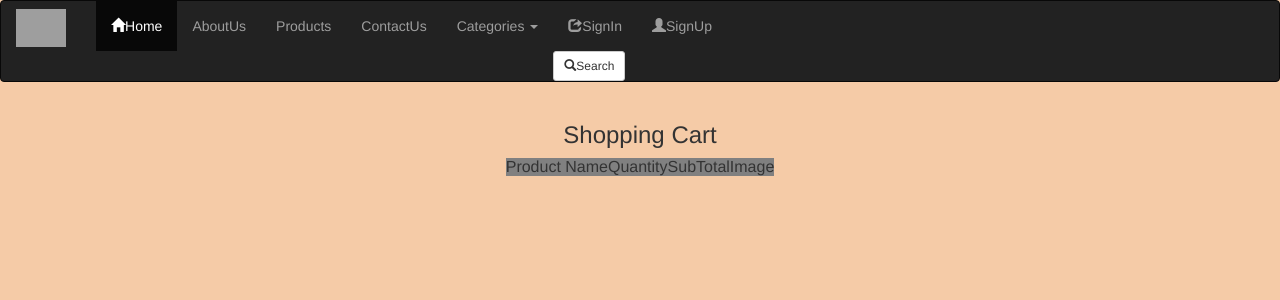
Repository: ananthi024/eCommerce-Project
Page: http://localhost/ClassyMissyFrontend/WEB-INF/views/OrderConfirm.jsp
The author's editor kept a copy of each file at every save. The page is drawn from the files as they stood at one save, then again after the next save.
The browser window is 1280 px wide. The pictures show the whole page.
Pictures or frames that could not be fetched are drawn as grey boxes. Some web libraries are served in a nearby version. The page is served by Tomcat 9. Nobody is signed in. Other server files are loaded and not shown. The template is opened directly, without the code that normally fills it, so the values that code supplies are empty.

Above is the page before, as saved 2017-07-09 10:37:24.
Console error (its wording comes from the project's code and is left out).

### 11th July/MyProject/ClassyMissyFrontend/src/main/webapp/WEB-INF/views/OrderConfirm.jsp
<%@ page language="java" contentType="text/html"%>
 <%@ taglib uri="http://java.sun.com/jsp/jstl/core" prefix="c" %>
<%@include file="Header.jsp" %>
<table cellspacing="3" align="center" >
<tr>
<td colspan="5"><center><h3>Shopping Cart</h3></center></td>
</tr>
<tr bgcolor="gray">
<td>Product Name</td>
<td>Quantity</td>
<td>SubTotal</td>
<td>Image</td>
</tr>

<c:forEach items="${cartitems }" var="cartitem">
<tr>
<td>${cartitem.prodname }</td>
<td>${cartitem.quantity }</td>
<td><input type="text" value="${cartitem.quantity }" name="quantity" required/></td>
<td>${cartitem.price * cartitem.quantity }</td>
<td><img src="<c:url value='/resources/images/${cartitem.prodid }.jsp'/>" width="100" height="100">
</tr>
<tr>
<td colspan="3">Grant Total</td>
<td>${grandtotal }</td>

</tr>
</table>
</c:forEach>

</body>
</html>

### 11th July/MyProject/ClassyMissyFrontend/src/main/webapp/WEB-INF/views/Header.jsp
<%@ page language="java" contentType="text/html"%>
<%@ taglib uri="http://java.sun.com/jsp/jstl/core" prefix="c" %>
<html>
<head>
<title>Navbar Example</title>

<meta name="viewport" content="width=device-width,initial-scale=1">
<link rel="stylesheet" href="https://maxcdn.bootstrapcdn.com/bootstrap/3.3.7/css/bootstrap.min.css">
<script src="https://maxcdn.bootstrapcdn.com/bootstrap/3.3.7/js/bootstrap.min.js"></script>
<script src="https://ajax.googleapis.com/ajax/libs/jquery/3.1.1/jquery.min.js"></script>

</head>
<body style="background-color:#f5cba7">
<form action="gh">
<!-- Starting The Navbar Code -->
<nav class="navbar navbar-inverse">
<div class="container-fluid">

<div class="navbar-header">
<a class="navbar-brand" rel="home" href="#" title="The Exprssion of Pearl">
                <img style="max-width:50px; margin-top: -7px;"
                     src="cma2.jpg">
            </a>
<a class="navbar-brand" href="Home.jsp"></a>
</div>
<div>
<c:if test="${sessionScope.loggedIn }">

<ul class="nav navbar-nav">
<li class="active"><a href="AdminHome"><span class="glyphicon glyphicon-home"></span>Home</a></li>
<li><a href="Category">Manage Category</a></li>
<li><a href="displayProduct">Manage Products</a>
<li><a href="Supplier">Manage Supplier</a></li>


 <div class="nav navbar-nav navbar-right">
  <a href="#">${sessionScope.uname}</a>


 </ul>
 </div>
 </c:if>
  </div>

<c:if test="${!sessionScope.loggedIn }">

<ul class="nav navbar-nav">
<li class="active"><a href="index.jsp"><span class="glyphicon glyphicon-home"></span>Home</a></li>
<li><a href="AboutUs">AboutUs</a></li>
<li><a href="displayProduct">Products</a>
<li><a href="ContactUs">ContactUs</a></li>
 <li class="dropdown"><a href="#" class="dropdown-toggle"
 data-toggle="dropdown" role="button" aria-haspopup="true"
 aria-expanded="false">Categories <span class="caret"></span></a>
          <ul class="dropdown-menu">
            <li><a href="#">Page 1</a></li>
            <li><a href="#">Page 2</a></li>
            <li><a href="#">Page 3</a></li>
          </ul></li>

<div class="nav navbar-nav navbar-right">
<li><a href="login"><span class="glyphicon glyphicon-share"></span>SignIn </a></li>
<li><a href="Register"><span class="glyphicon glyphicon-user"></span>SignUp </a></li>

<!-- Search Button -->
 <p>
        <li><button type="button" class="btn btn-default btn-sm">
          <span class="glyphicon glyphicon-search"></span>Search
        </button></li>
      </p>


</div>
</ul>
</c:if>
</div>
</nav>
</form>
</body>
</html>

After the next save:
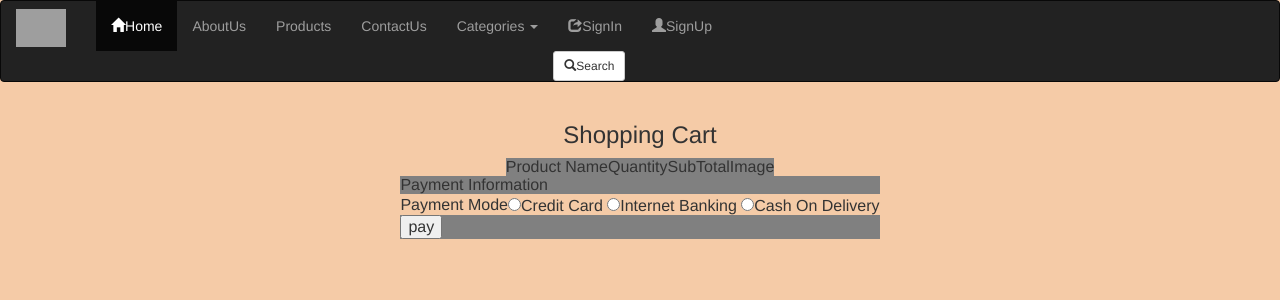
Saved 12 min 51 s later.
--- a/11th July/MyProject/ClassyMissyFrontend/src/main/webapp/WEB-INF/views/OrderConfirm.jsp
+++ b/11th July/MyProject/ClassyMissyFrontend/src/main/webapp/WEB-INF/views/OrderConfirm.jsp
@@ -23,10 +23,29 @@
 <tr>
 <td colspan="3">Grant Total</td>
 <td>${grandtotal }</td>
-
 </tr>
 </table>
 </c:forEach>
 
+
+<table cellspacing="3" cellpadding="2" align="center">
+<tr bgcolor="gray">
+<td colspan="2">Payment Information</td>
+</tr>
+
+<tr>
+<td>Payment Mode</td>
+<td>
+<input type="radio" name="pmode" value="CC" />Credit Card
+<input type="radio" name="pmode" value="IB" />Internet Banking
+<input type="radio" name="pmode" value="CD" />Cash On Delivery
+</td>
+</tr>
+<tr bgcolor="gray">
+<td colspan="2"><input type="submit" value="pay" /></td>
+</tr>
+
+
+</table>
 </body>
 </html>
